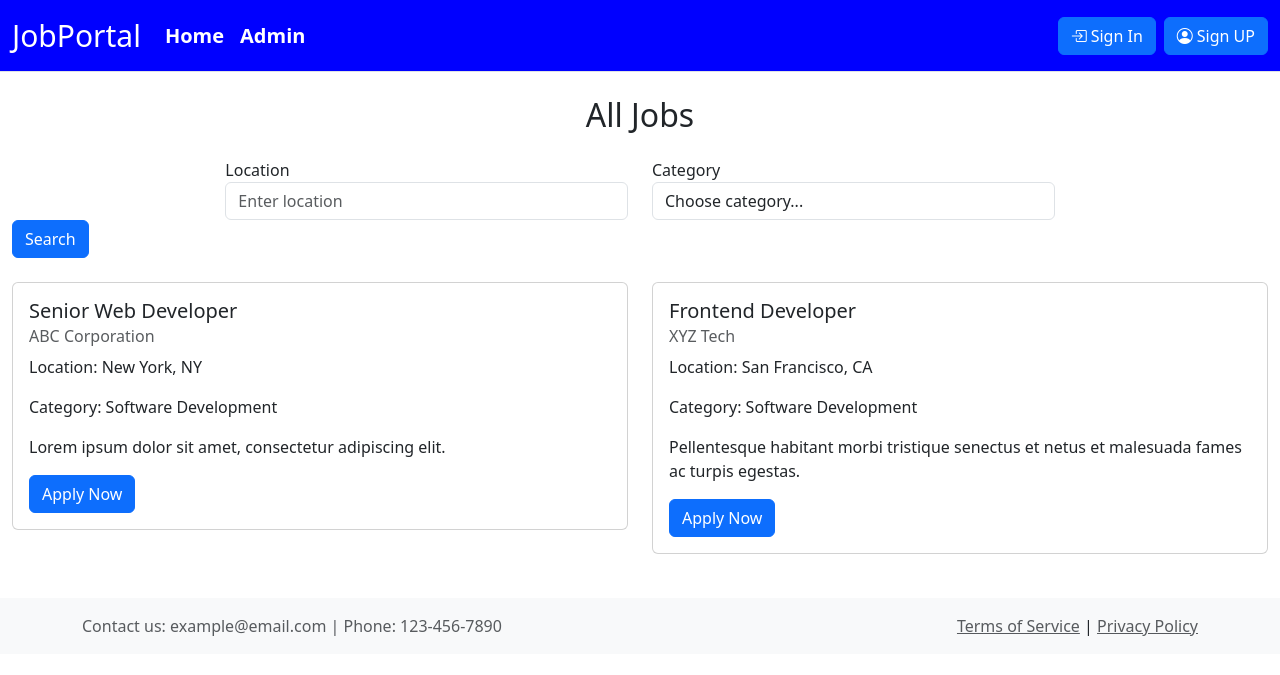
Repository: smruti12344/Job_Portal
Page: http://localhost/Job_portal/home.jsp
These files come from the project's save history. The page is drawn as it stood at one moment and after the next save; the edit follows.
The browser window is 1280 px wide. The pictures show the whole page.
Some web libraries are served in a nearby version. The page is served by Tomcat 9. Other server files are loaded and not shown.

Above is the page before, as saved 2024-04-17 06:05:17.

### Job_portal/src/main/webapp/home.jsp
<%@ page language="java" contentType="text/html; charset=UTF-8"
    pageEncoding="UTF-8"%>
<!DOCTYPE html>
<html lang="en">
<head>
    <meta charset="UTF-8">
    <meta name="viewport" content="width=device-width, initial-scale=1.0">
    <title>All Jobs</title>
    <!--all file links  -->
<%@include file="Components\alllinks.jsp" %>
    <!-- Custom CSS -->
    <style>
        /* Custom styles */
        .job-card {
            margin-bottom: 20px;
        }
    </style>
</head>
<body>
<%@include file="Components\navbar.jsp" %>
    <div class="container-fluid my-4">
        <h2 class="text-center mb-4">All Jobs</h2>

        <!-- Search form -->
        <form >
            <div class="row d-flex justify-content-center">
                <div class="form-group col-md-4">
                    <label for="inputLocation">Location</label>
                    <input type="text" class="form-control" id="inputLocation" placeholder="Enter location">
                </div>
                <div class="form-group col-md-4">
                    <label for="inputCategory">Category</label>
                    <select id="inputCategory" class="form-control">
                        <option selected>Choose category...</option>
                        <option>Software Development</option>
                        <option>Marketing</option>
                        <option>Finance</option>
                        <!-- Add more categories as needed -->
                    </select>
                </div>


            </div>
              <button type="submit" class="btn btn-primary">Search</button>
        </form>

        <div class="row mt-4">
            <div class="col-md-6">
                <div class="card job-card">
                    <div class="card-body">
                        <h5 class="card-title">Senior Web Developer</h5>
                        <h6 class="card-subtitle mb-2 text-muted">ABC Corporation</h6>
                        <p class="card-text">Location: New York, NY</p>
                        <p class="card-text">Category: Software Development</p>
                        <p class="card-text">Lorem ipsum dolor sit amet, consectetur adipiscing elit.</p>
                        <a href="#" class="btn btn-primary">Apply Now</a>
                    </div>
                </div>
            </div>
            <!-- Add more job cards as needed -->
            <div class="col-md-6">
                <div class="card job-card">
                    <div class="card-body">
                        <h5 class="card-title">Frontend Developer</h5>
                        <h6 class="card-subtitle mb-2 text-muted">XYZ Tech</h6>
                        <p class="card-text">Location: San Francisco, CA</p>
                        <p class="card-text">Category: Software Development</p>
                        <p class="card-text">Pellentesque habitant morbi tristique senectus et netus et malesuada fames ac turpis egestas.</p>
                        <a href="#" class="btn btn-primary">Apply Now</a>
                    </div>
                </div>
            </div>
        </div>
    </div>

    <footer class="footer mt-auto py-3 bg-light ">
        <div class="container d-flex justify-content-between">
            <span class="text-muted">Contact us: example@email.com | Phone: 123-456-7890</span>
            <div class="float-right">
                <a href="#" class="text-muted">Terms of Service</a> |
                <a href="#" class="text-muted">Privacy Policy</a>
            </div>
        </div>
    </footer>

    <!-- Bootstrap JS and jQuery (optional, for Bootstrap components that require JavaScript) -->
    <script src="https://code.jquery.com/jquery-3.5.1.slim.min.js"></script>
    <script src="https://cdn.jsdelivr.net/npm/@popperjs/core@1.16.1/dist/umd/popper.min.js"></script>
    <script src="https://stackpath.bootstrapcdn.com/bootstrap/4.5.2/js/bootstrap.min.js"></script>
</body>
</html>

### Job_portal/src/main/webapp/Components/alllinks.jsp

<link
	href="https://cdn.jsdelivr.net/npm/bootstrap@5.3.3/dist/css/bootstrap.min.css"
	rel="stylesheet"
	integrity="sha384-QWTKZyjpPEjISv5WaRU9OFeRpok6YctnYmDr5pNlyT2bRjXh0JMhjY6hW+ALEwIH"
	crossorigin="anonymous">

<link rel="stylesheet"
	href="https://cdn.jsdelivr.net/npm/bootstrap-icons@1.11.3/font/bootstrap-icons.min.css">

<script
	src="https://cdn.jsdelivr.net/npm/bootstrap@5.3.3/dist/js/bootstrap.bundle.min.js"
	integrity="sha384-YvpcrYf0tY3lHB60NNkmXc5s9fDVZLESaAA55NDzOxhy9GkcIdslK1eN7N6jIeHz"
	crossorigin="anonymous"></script>

<link rel="stylesheet" href="Components/style.css"></link>

### Job_portal/src/main/webapp/Components/navbar.jsp
 <%@ taglib prefix="c" uri="http://java.sun.com/jsp/jstl/core" %>
 <%@ page isELIgnored="false" %>
<nav class="navbar bg-dark navbar-expand-lg border-bottom border-body bg-custom" >
  <div class="container-fluid">
    <a class="navbar-brand" href="#">JobPortal</a>
    <button class="navbar-toggler" type="button" data-bs-toggle="collapse" data-bs-target="#navbarSupportedContent" aria-controls="navbarSupportedContent" aria-expanded="false" aria-label="Toggle navigation">
      <span class="navbar-toggler-icon"></span>
    </button>
    <div class="collapse navbar-collapse" id="navbarSupportedContent">
      <ul class="navbar-nav me-auto mb-2 mb-lg-0">
        <li class="nav-item">
          <a class="nav-link active" aria-current="page" href="index.jsp">Home</a>
        </li>
        <li class="nav-item">
          <a class="nav-link active" aria-current="page" href="admin.jsp">Admin</a>
        </li>
        <c:if test="${user eq 'admin@gmail.com' }">
           <li class="nav-item">
          <a class="nav-link" href="add_job.jsp"><i class="bi bi-plus-circle-fill me-1"></i>Post jobs</a>
        </li>
        <li class="nav-item">
          <a class="nav-link" href="View.jsp"><i class="bi bi-eye-fill me-1"></i>View jobs</a>
        </li>
        </c:if>




      </ul>
      <form class="d-flex" role="search">
      <c:if test="${not empty user }">

      <a href="#" > <button class="btn btn-primary me-2 " type="button"><i class="bi bi-person-circle me-1"></i>Admin</button></a>
       <a href="signup.jsp"> <button type="button" class="btn btn-primary"><i class="bi bi-box-arrow-in-right me-1"></i>Sign out</button></a>
        </c:if>

      <c:if test="${ empty user }">

      <a href="signin.jsp" > <button class="btn btn-primary me-2 " type="button"><i class="bi bi-box-arrow-in-right me-1"></i>Sign In</button></a>
       <a href="signup.jsp"> <button type="button" class="btn btn-primary"><i class="bi bi-person-circle me-1"></i>Sign UP</button></a>
        </c:if>

      </form>
    </div>
  </div>
</nav>

### Job_portal/src/main/webapp/Components/style.css
.bg-custom{
	background-color: blue !important ;
}
.navbar-brand{
	color: white;
	font-size: 30px;
	user-select: none;
}
.navbar-brand:hover{
	color: white;
	text-shadow: 2px 2px 2px black;
	cursor:auto;
}
.navbar .nav-item .nav-link{
	font-size: 20px;
	color: white;
	font-weight: bold;
}
.navbar .nav-item:hover .nav-link{
	background: white;
	color: black;
	border-radius: 10px;
	cursor: pointer;
}

After the next save:
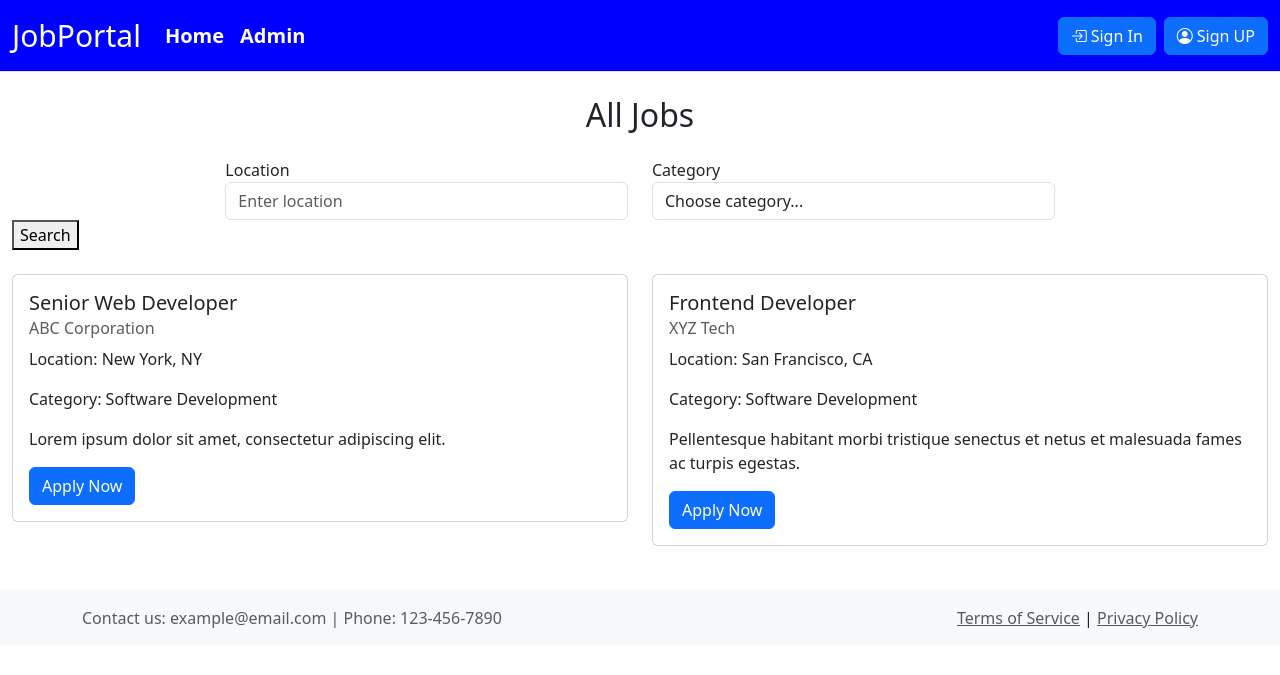
Saved 27 s later.
--- a/Job_portal/src/main/webapp/home.jsp
+++ b/Job_portal/src/main/webapp/home.jsp
@@ -41,7 +41,7 @@
 
 
             </div>
-              <button type="submit" class="btn btn-primary">Search</button>
+              <button class="text-center" type="submit" class="btn btn-primary">Search</button>
         </form>
 
         <div class="row mt-4">

After the save that followed:
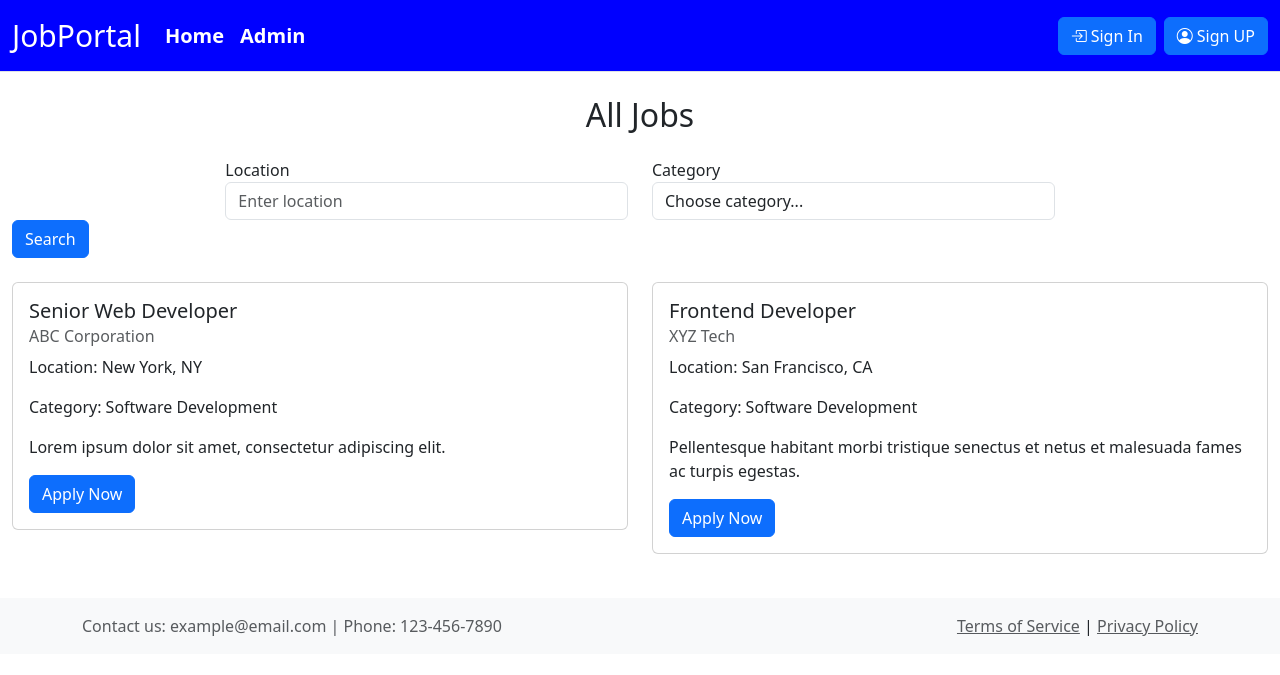
Saved 23 s later.
--- a/Job_portal/src/main/webapp/home.jsp
+++ b/Job_portal/src/main/webapp/home.jsp
@@ -41,7 +41,7 @@
 
 
             </div>
-              <button class="text-center" type="submit" class="btn btn-primary">Search</button>
+              <button type="submit" class="btn btn-primary text-center">Search</button>
         </form>
 
         <div class="row mt-4">
